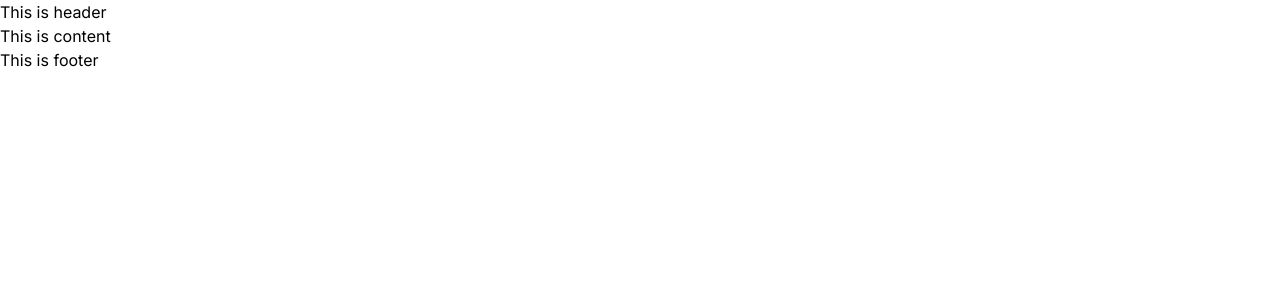
Repository: nirazanbasnet/test-react-swipeable
Page: /
An editor plug-in stored every save of this project. The page is shown before and after a run of saves, followed by the edit.
The browser window is 1280 px wide. The pictures show the whole page.
The project was rebuilt for these pictures with package versions that can differ from the ones it lists, and the page was loaded fresh each time. The framework's server and built-in components were replaced by stand-ins that run in the browser. Also part of the build but not shown: next.config.mjs.

Above is the page before, as saved 2024-02-07 09:41:05.

After the next 3 saves:
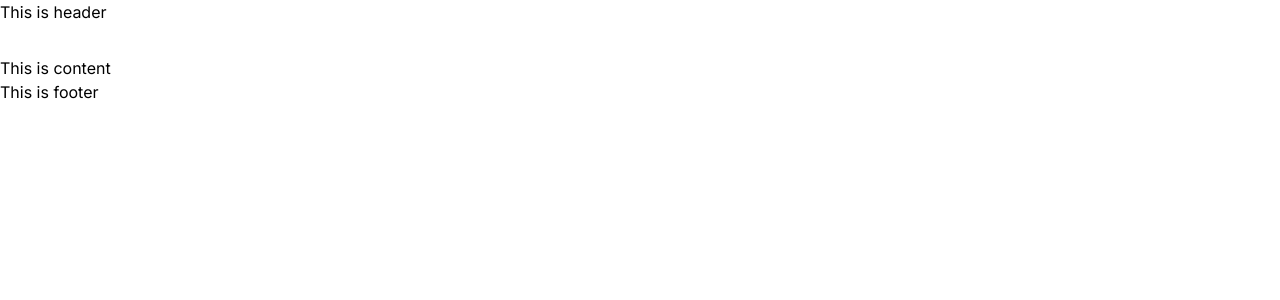
The 3 saves are shown as one change because they came seconds apart.
The last was saved 29 s later.
--- a/src/components/AppLayout.js
+++ b/src/components/AppLayout.js
@@ -1,7 +1,7 @@
 export default function AppLayout({ children }) {
 	return (
 		<>
-			<header>This is header</header>
+			<header className="h-14">This is header</header>
 			<main>{children}</main>
 			<footer>This is footer</footer>
 		</>
